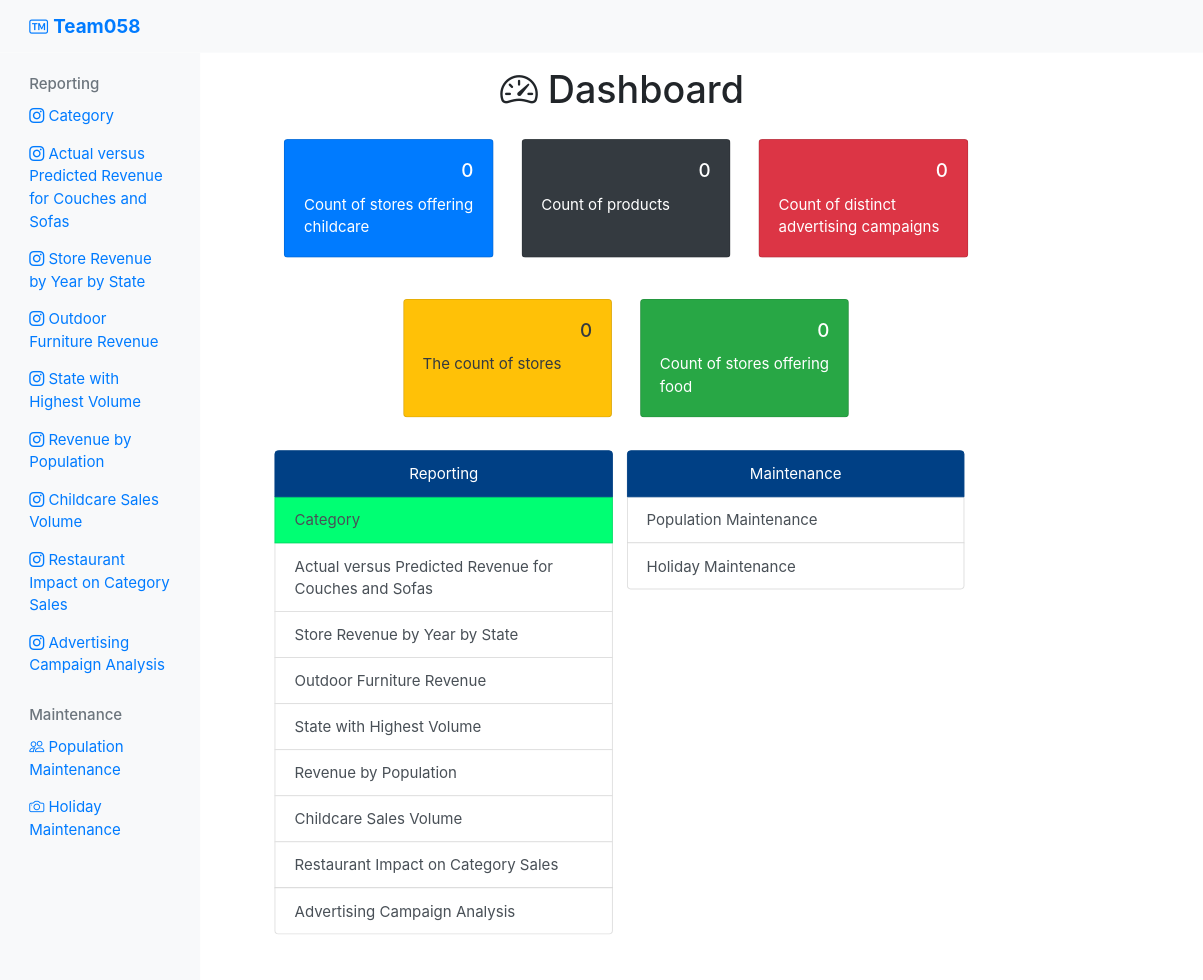
Repository: tex216/Relational-Database-Design-for-Sales-Reporting-System
Page: http://localhost/reporting/
An editor plug-in stored every save of this project. The page is shown before and after the next save, followed by the edit.
The browser window is 1280 px wide. The pictures show the whole page, at 94% of full size.
The pointer rests on the first visible `.list-group-item:not(.active)`.
Some web libraries are served in a nearby version. The page is served by the project's application, run on Django 3.2 (manage.py). Other server files are loaded and not shown. Queries for data that is not in the repository find no rows.

Above is the page before, as saved 2021-04-04 20:46:03.

### mren40/LSRS/reporting/templates/index.html
{% extends "_layout.html" %}

{% block content %}

<style>
    .list-group-item:not(.active):hover {
        background-color: #00ff73;
    }
</style>

<main class="container" role="main">
    <div class="row">
        <div class="col-md-10">
            <div class="container-fluid text-center">
                <h1>
                    <i class="bi bi-speedometer2"></i>
                    Dashboard
                </h1>
            </div>
        </div>
    </div>
    <div class="row" style="margin: 10px">
        <div class="col-md-10">
            <div class="row" style="margin:  10px">
                <div class="col-md-4 d-flex align-items-stretch">
                    <div class="card text-white bg-primary" style="width: 18rem;">
                        <div class="card-body">
                            <h5 class="card-title text-right">{{ count_stores_offering_childcare }}</h5>
                            <p class="card-text">Count of stores offering childcare</p>
                        </div>
                    </div>
                </div>
                <div class="col-md-4 d-flex align-items-stretch">
                    <div class="card bg-dark text-white" style="width: 18rem;">
                        <div class="card-body">
                            <h5 class="card-title text-right">{{ count_products }}</h5>
                            <p class="card-text">Count of products</p>
                        </div>
                    </div>
                </div>
                <div class="col-md-4 d-flex align-items-stretch">
                    <div class="card bg-danger text-white" style="width: 18rem;">
                        <div class="card-body">
                            <h5 class="card-title text-right">{{ count_distinct_advertising_campaigns }}</h5>
                            <p class="card-text">Count of distinct advertising campaigns</p>
                        </div>
                    </div>
                </div>
            </div>
            <br />
            <div class="row" style="margin:  10px">
                <div class="col-md-4 offset-md-2 d-flex align-items-stretch">
                    <div class="card bg-warning text-dark" style="width: 18rem;">
                        <div class="card-body">
                            <h5 class="card-title text-right">{{ count_stores }}</h5>
                            <p class="card-text">The count of stores</p>
                        </div>
                    </div>
                </div>
                <div class="col-md-4 d-flex align-items-stretch">
                    <div class="card bg-success text-white" style="width: 18rem;">
                        <div class="card-body">
                            <h5 class="card-title text-right">{{ count_stores_offering_food }}</h5>
                            <p class="card-text">Count of stores offering food</p>
                        </div>
                    </div>
                </div>
            </div>
        </div>
    </div>

    {% if status != "success" %}
    <div class="align-items-center rounded alert alert-warning" role="alert" id="divMessage" style="margin: 10px">
        {{ status }}
    </div>
    {% endif %}

    <div class="row" style="margin: 15px">
        <div class="col-md-10">
            <div class="row" style="margin: 10px">
                <div class="list-group col-md-6">
                    <span class="list-group-item list-group-item-action list-group-item-primary text-center active">
                        Reporting </span>
                    <a href="#" class="list-group-item list-group-item-action">Category</a>
                    <a href="#" class="list-group-item list-group-item-action">Actual versus Predicted Revenue for
                        Couches and Sofas</a>
                    <a href="#" class="list-group-item list-group-item-action">Store Revenue by Year by State</a>
                    <a href="#" class="list-group-item list-group-item-action">Outdoor Furniture Revenue</a>
                    <a href="#" class="list-group-item list-group-item-action">State with Highest Volume</a>
                    <a href="#" class="list-group-item list-group-item-action">Revenue by Population</a>
                    <a href="#" class="list-group-item list-group-item-action">Childcare Sales Volume</a>
                    <a href="{% url 'report8_restaurant_impact_on_category_sales' %}"
                        class="list-group-item list-group-item-action">Restaurant Impact on Category Sales</a>
                    <a href="{% url 'report9_advertising_campaign_analysis' %}"
                        class="list-group-item list-group-item-action">Advertising Campaign Analysis</a>
                </div>
                <div class="list-group col-md-6">
                    <span class="list-group-item list-group-item-action list-group-item-primary text-center active">
                        Maintenance </span>
                    <a href="{% url 'population' %}" class="list-group-item list-group-item-action">Population
                        Maintenance</a>
                    <a href="{% url 'holiday' %}" class="list-group-item list-group-item-action">Holiday Maintenance</a>
                </div>
            </div>
        </div>
    </div>

</main>


{% endblock %}

### mren40/LSRS/reporting/templates/_layout.html
<!DOCTYPE html>
<html lang="en">

<head>
  <meta charset="utf-8" />
  <meta http-equiv="X-UA-Compatible" content="IE=edge,chrome=1" />
  <meta name="viewport" content="width=device-width, initial-scale=1, shrink-to-fit=no">
  <title>LEOFURN Sales Reporting System</title>
  <link rel="shortcut icon" href="https://omscs.gatech.edu/sites/all/themes/gt_subtheme/favicon.ico"
    type="image/vnd.microsoft.icon" />

  <script src="https://code.jquery.com/jquery-3.6.0.min.js"
    integrity="sha256-/xUj+3OJU5yExlq6GSYGSHk7tPXikynS7ogEvDej/m4=" crossorigin="anonymous"></script>

</head>

<body>
  <nav class="navbar navbar-light bg-light" style="background-color: background-color: #f8f9fa!important">
    <div class="container-fluid">
      <a class="navbar-brand text-primary" href="/reporting/">
        <i class="bi bi-badge-tm"></i>
        <strong>Team058</strong>
      </a>
    </div>
  </nav>

  <div class="container-fluid">
    <div class="row">
      <nav class="col-md-2 d-none d-md-block bg-light sidebar" style="min-height: calc(100vh - 50px)">
        <div class="sidebar-sticky">
          <h6 class="sidebar-heading d-flex justify-content-between align-items-center px-3 mt-4 mb-1 text-muted">
            <span>Reporting</span>
          </h6>
          <ul class="nav flex-column mb-2">
            <li class="nav-item">
              <a class="nav-link" href="#">
                <i class="bi bi-instagram"></i>
                Category
              </a>
            </li>
            <li class="nav-item">
              <a class="nav-link" href="#">
                <i class="bi bi-instagram"></i>
                Actual versus Predicted Revenue for Couches and Sofas
              </a>
            </li>
            <li class="nav-item">
              <a class="nav-link" href="#">
                <i class="bi bi-instagram"></i>
                Store Revenue by Year by State
              </a>
            </li>
            <li class="nav-item">
              <a class="nav-link" href="#">
                <i class="bi bi-instagram"></i>
                Outdoor Furniture Revenue
              </a>
            </li>
            <li class="nav-item">
              <a class="nav-link" href="#">
                <i class="bi bi-instagram"></i>
                State with Highest Volume
              </a>
            </li>
            <li class="nav-item">
              <a class="nav-link" href="#">
                <i class="bi bi-instagram"></i>
                Revenue by Population
              </a>
            </li>
            <li class="nav-item">
              <a class="nav-link" href="#">
                <i class="bi bi-instagram"></i>
                Childcare Sales Volume
              </a>
            </li>
            <li class="nav-item">
              <a class="nav-link" href="{% url 'report8_restaurant_impact_on_category_sales' %}">
                <i class="bi bi-instagram"></i>
                Restaurant Impact on Category Sales
              </a>
            </li>
            <li class="nav-item">
              <a class="nav-link" href="{% url 'report9_advertising_campaign_analysis' %}">
                <i class="bi bi-instagram"></i>
                Advertising Campaign Analysis
              </a>
            </li>
          </ul>

          <h6 class="sidebar-heading d-flex justify-content-between align-items-center px-3 mt-4 mb-1 text-muted">
            <span>Maintenance</span>
          </h6>
          <ul class="nav flex-column mb-2">
            <li class="nav-item">
              <a class="nav-link" href="{% url 'population' %}">
                <i class="bi bi-people"></i>
                Population Maintenance
              </a>
            </li>
            <li class="nav-item">
              <a class="nav-link" href="{% url 'holiday' %}">
                <i class="bi bi-camera"></i>
                Holiday Maintenance
              </a>
            </li>
          </ul>
        </div>
      </nav>

      <section role="main" class="col-md-9 ml-sm-auto col-lg-10 pt-3 px-4">

        <div class="d-flex justify-content-between flex-wrap flex-md-nowrap align-items-center pb-2 mb-3">

          {% block content %}{% endblock %}

        </div>

      </section>
    </div>
  </div>

  <!-- Google Font -->
  <link defer href="https://fonts.googleapis.com/css?family=Nunito:300,300i,400,600,800" rel="stylesheet">
  <!-- Bootstrap Icons -->
  <link defer rel="stylesheet" href="https://cdn.jsdelivr.net/npm/bootstrap-icons@1.4.0/font/bootstrap-icons.css">
  <link defer rel="stylesheet" href="https://maxcdn.bootstrapcdn.com/bootstrap/4.0.0/css/bootstrap.min.css"
    integrity="sha384-Gn5384xqQ1aoWXA+058RXPxPg6fy4IWvTNh0E263XmFcJlSAwiGgFAW/dAiS6JXm" crossorigin="anonymous">


</body>

</html>

### mren40/LSRS/reporting/repository/sqlhelprzhang.py
from django.db import connection, transaction
import pymysql


class SqlHelper(object):
    def __init__(self):
        self.conn = pymysql.connect(
            host="127.0.0.1", port=3306, user="root", passwd="spring2021_cs6400", db="cs6400_sp21_team058"
        )
        self.cursor = self.conn.cursor(cursor=pymysql.cursors.DictCursor)

    # dashboard the count of stores
    def get_count_of_store(self):
        self.cursor.execute("SELECT COUNT(Store_Number) AS Count FROM STORE")
        count_of_store = self.cursor.fetchall()
        return count_of_store

    # dashboard the count of stores offering food
    def get_count_stores_offering_food(self):
        self.cursor.execute(
            "SELECT COUNT(Store_Number) AS Count FROM STORE " "WHERE Has_Restaurant IS TRUE OR Has_Snack_Bar IS TRUE;"
        )
        count_stores_offering_food = self.cursor.fetchall()
        return count_stores_offering_food

    # dashboard the count of stores offering childcare
    def get_count_stores_offering_childcare(self):
        self.cursor.execute("SELECT COUNT(Store_Number) AS Count FROM STORE WHERE Time_Limit IS NOT NULL;")
        count_stores_offering_childcare = self.cursor.fetchall()
        return count_stores_offering_childcare

    # dashboard the count of products
    def get_count_products(self):
        self.cursor.execute("SELECT COUNT(PID) AS Count FROM PRODUCT;")
        count_products = self.cursor.fetchall()
        return count_products

    # dashboard the count of distinct advertising campaigns
    def get_count_distinct_advertising_campaigns(self):
        self.cursor.execute("SELECT COUNT(Description) AS Count FROM ADVERTISING_CAMPAIGN;")
        count_distinct_advertising_campaigns = self.cursor.fetchall()
        return count_distinct_advertising_campaigns

    # population maintenance: get the state list
    def get_state_list(self):
        self.cursor.execute("SELECT DISTINCT State_Location FROM CITY ORDER BY State_Location ASC")
        state_list = self.cursor.fetchall()
        return state_list

    # population maintenance: get the city list of selected state
    def get_city_list(self, state_location):
        self.cursor.execute(
            "SELECT city_name FROM CITY WHERE State_Location = %s ORDER BY city_name ASC;", [state_location]
        )
        city_list = self.cursor.fetchall()
        return city_list

    # population maintenance: get the city population of the selected state and city
    def get_city_population(self, state_location, city_name):
        self.cursor.execute(
            "SELECT Population FROM CITY WHERE State_Location = %s AND city_name = %s;", [state_location, city_name]
        )
        city_population = self.cursor.fetchall()
        return city_population

    # population maintenance: update the city population of the selected state and city
    def update_city_population(self, state_location, city_name, city_population):
        self.cursor.execute(
            "UPDATE CITY " "SET Population = %s " "WHERE State_Location = %s AND City_Name = %s AND Population <> %s;",
            [city_population, state_location, city_name, city_population],
        )
        self.conn.commit()

    # holiday maintenance: get the holiday list
    def get_holiday_list(self):
        self.cursor.execute("SELECT Name, Date FROM Holiday")
        holiday_list = self.cursor.fetchall()
        return holiday_list

    # holiday maintenance: check if holiday existed or not
    def check_if_holiday_existed(self, holiday_name, holiday_date):
        self.cursor.execute("SELECT * FROM holiday " "WHERE DATE = %s AND NAME = %s;", [holiday_date, holiday_name])
        return self.cursor.rowcount

    # holiday maintenance: add holiday
    def add_holiday(self, holiday_name, holiday_date):
        self.cursor.execute(
            "INSERT INTO `DAY` (`Date`) SELECT %s FROM `DAY` "
            "WHERE NOT EXISTS (SELECT 1 FROM `DAY` WHERE `Date` = %s) LIMIT 1;",
            [holiday_date, holiday_date],
        )
        self.cursor.execute(
            "INSERT INTO HOLIDAY (`Date`, `Name`) "
            "SELECT %s, %s "
            "FROM HOLIDAY WHERE NOT EXISTS ("
            "SELECT 1 FROM HOLIDAY WHERE `Date` = %s AND `Name` = %s)"
            "LIMIT 1;",
            [holiday_date, holiday_name, holiday_date, holiday_name],
        )
        self.conn.commit()

    def close(self):
        self.cursor.close()
        self.conn.close()

### mren40/LSRS/reporting/views.py
from django.shortcuts import render
from reporting.repository.sqlhelprzhang import SqlHelper


def index(request):

    count_stores = 0
    count_stores_offering_food = 0
    count_stores_offering_childcare = 0
    count_products = 0
    count_distinct_advertising_campaigns = 0

    try:
        obj = SqlHelper()
        count_stores = obj.get_count_of_store()[0]['Count']
        print(count_stores)
        count_stores_offering_food = obj.get_count_stores_offering_food()[0]['Count']
        print(count_stores_offering_food)
        count_stores_offering_childcare = obj.get_count_stores_offering_childcare()[0]['Count']
        print(count_stores_offering_childcare)
        count_products= obj.get_count_products()[0]['Count']
        print(count_products)
        count_distinct_advertising_campaigns = obj.get_count_distinct_advertising_campaigns()[0]['Count']
        print(count_distinct_advertising_campaigns)
        obj.close()

        content = {
            'count_stores': count_stores,
            'count_stores_offering_food': count_stores_offering_food,
            'count_stores_offering_childcare': count_stores_offering_childcare,
            'count_products': count_products,
            'count_distinct_advertising_campaigns': count_distinct_advertising_campaigns,
            'status': "success"
        }

        print(content)
    except Exception as e:
        content = {
            'count_stores': count_stores,
            'count_stores_offering_food': count_stores_offering_food,
            'count_stores_offering_childcare': count_stores_offering_childcare,
            'count_products': count_products,
            'count_distinct_advertising_campaigns': count_distinct_advertising_campaigns,
            'status': "failed with exception {0}".format(str(e))
        }

    return render(request,'index.html', content)

### mren40/LSRS/common/urls.py
"""common URL Configuration

The `urlpatterns` list routes URLs to views. For more information please see:
    https://docs.djangoproject.com/en/3.1/topics/http/urls/
Examples:
Function views
    1. Add an import:  from my_app import views
    2. Add a URL to urlpatterns:  path('', views.home, name='home')
Class-based views
    1. Add an import:  from other_app.views import Home
    2. Add a URL to urlpatterns:  path('', Home.as_view(), name='home')
Including another URLconf
    1. Import the include() function: from django.urls import include, path
    2. Add a URL to urlpatterns:  path('blog/', include('blog.urls'))
"""
from django.contrib import admin
from django.urls import path
from django.urls import include
from django.conf import settings
from django.conf.urls.static import static
from django.views.generic import RedirectView


urlpatterns = [
    path("reporting/", include("reporting.urls")),
]

urlpatterns += static(settings.STATIC_URL, document_root=settings.STATIC_ROOT)

urlpatterns += [
    path("", RedirectView.as_view(url="/reporting/", permanent=True)),
]

### mren40/LSRS/reporting/urls.py
from django.urls import path
from reporting import views
from reporting.maintenances import holiday, population
from reporting.reports import report8, report9

urlpatterns = [path("", views.index, name="index")]

urlpatterns += [path("holiday/", holiday.HolidayList.as_view(), name="holiday")]

urlpatterns += [path("holiday/add_holiday/", holiday.add_new_holiday, name="add_holiday")]

urlpatterns += [
    path("population/", population.city_population_load, name="population"),
    path("population/get_city_list/", population.get_city_list, name="population_get_city_list"),
    path("population/get_city_population/", population.get_city_population, name="population_get_city_population"),
]

urlpatterns += [
    path(
        "report8_restaurant_impact_on_category_sales/",
        report8.GetReport.as_view(),
        name="report8_restaurant_impact_on_category_sales",
    )
]

urlpatterns += [
    path(
        "report9_advertising_campaign_analysis/",
        report9.GetReport.as_view(),
        name="report9_advertising_campaign_analysis",
    )
]

After the next save:
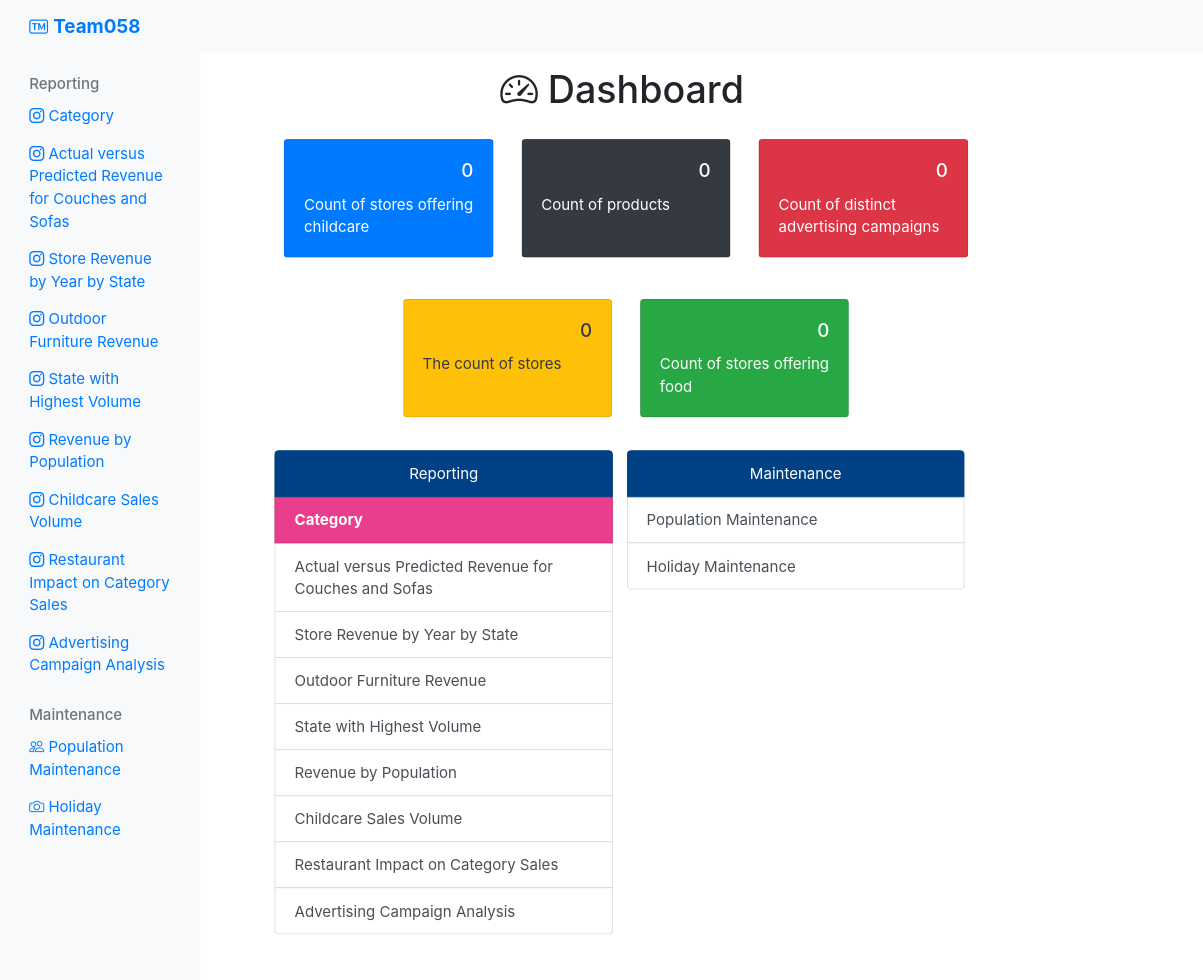
Saved 94 min 28 s later.
--- a/mren40/LSRS/reporting/templates/index.html
+++ b/mren40/LSRS/reporting/templates/index.html
@@ -4,7 +4,9 @@
 
 <style>
     .list-group-item:not(.active):hover {
-        background-color: #00ff73;
+        background-color: #e83e8c;
+        color: #fff;
+        font-weight: bold;
     }
 </style>
 
